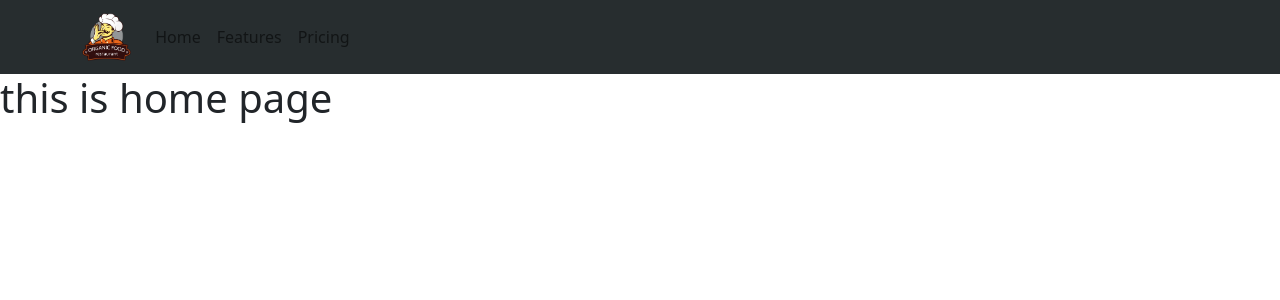
Repository: mdrubel02/organic-food-restaurnat
Page: /
An editor plug-in stored every save of this project. The page is shown before and after the next save, followed by the edit.
The browser window is 1280 px wide. The pictures show the whole page.
The project was rebuilt for these pictures with package versions that can differ from the ones it lists, and the page was loaded fresh each time.

Above is the page before, as saved 2022-07-02 14:12:57.

After the next save:
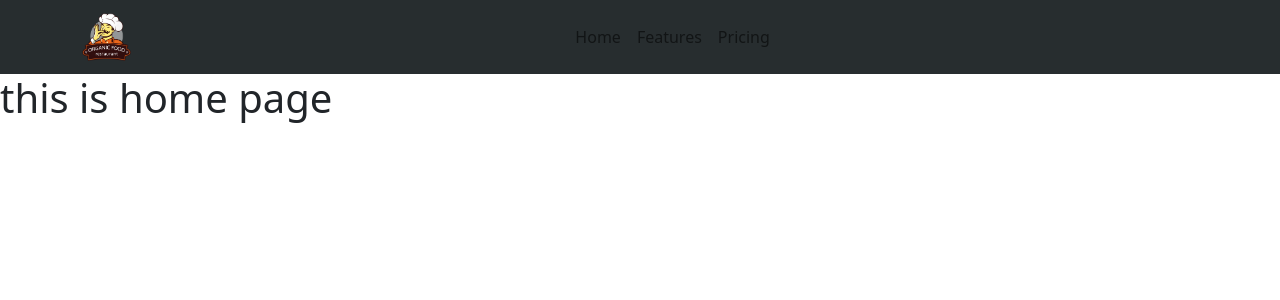
Saved 15 s later.
--- a/src/Components/Header/HeaderOne.js
+++ b/src/Components/Header/HeaderOne.js
@@ -11,7 +11,7 @@ const HeaderOne = () => {
           <Navbar.Brand href="#home">
             <img className='logo img' src={logo} alt="" />
           </Navbar.Brand>
-          <Nav className="me-auto">
+          <Nav className="mx-auto">
             <Nav.Link href="#home">Home</Nav.Link>
             <Nav.Link href="#features">Features</Nav.Link>
             <Nav.Link href="#pricing">Pricing</Nav.Link>
